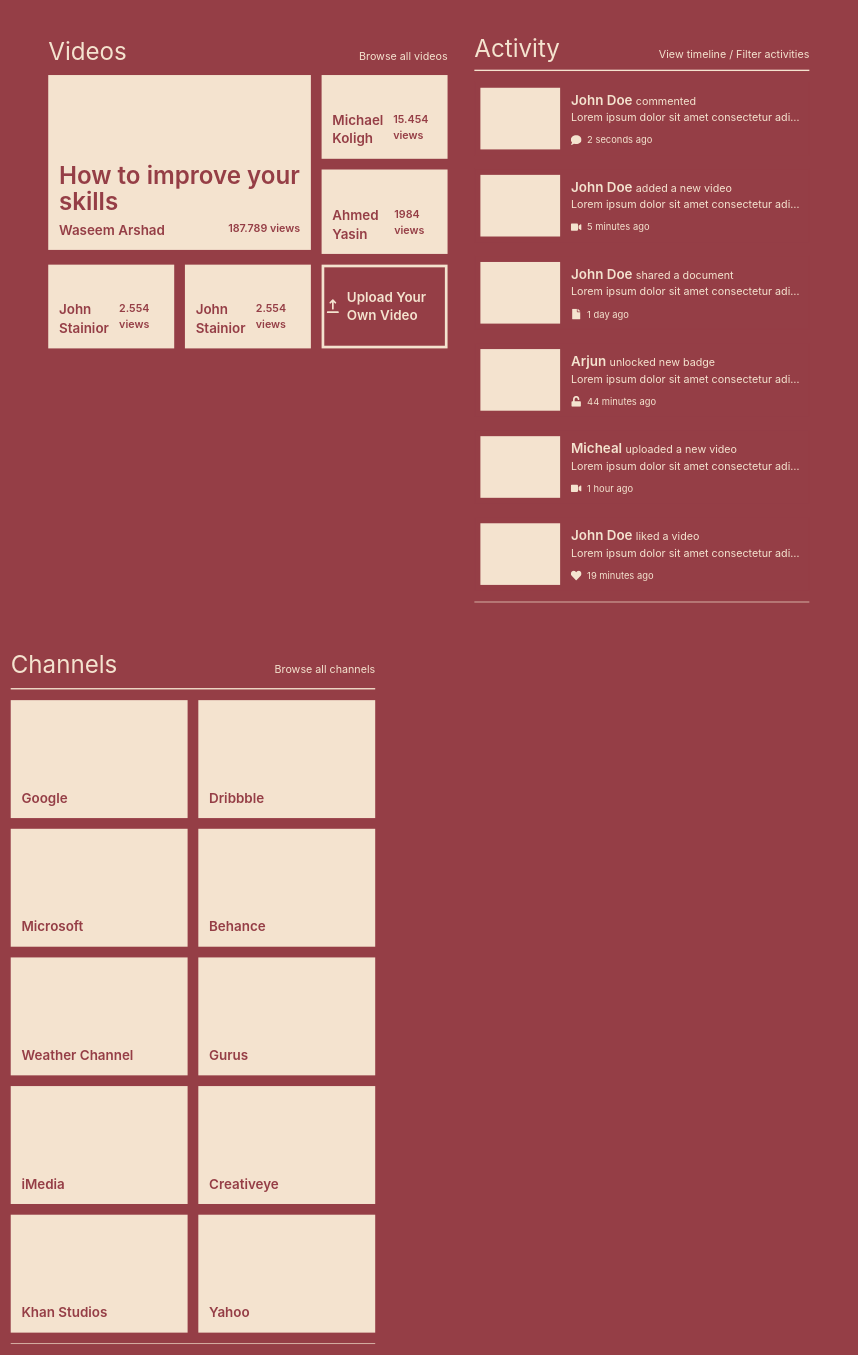
Repository: farrelmuhammad/test-salt
Page: /
An editor plug-in stored every save of this project. The page is shown before and after the next save, followed by the edit.
The browser window is 1280 px wide. The pictures show the whole page, at 67% of full size.
The project was rebuilt for these pictures with package versions that can differ from the ones it lists, and the page was loaded fresh each time. Also part of the build but not shown: src/App.css.

Above is the page before, as saved 2022-11-21 16:55:19.

After the next save:
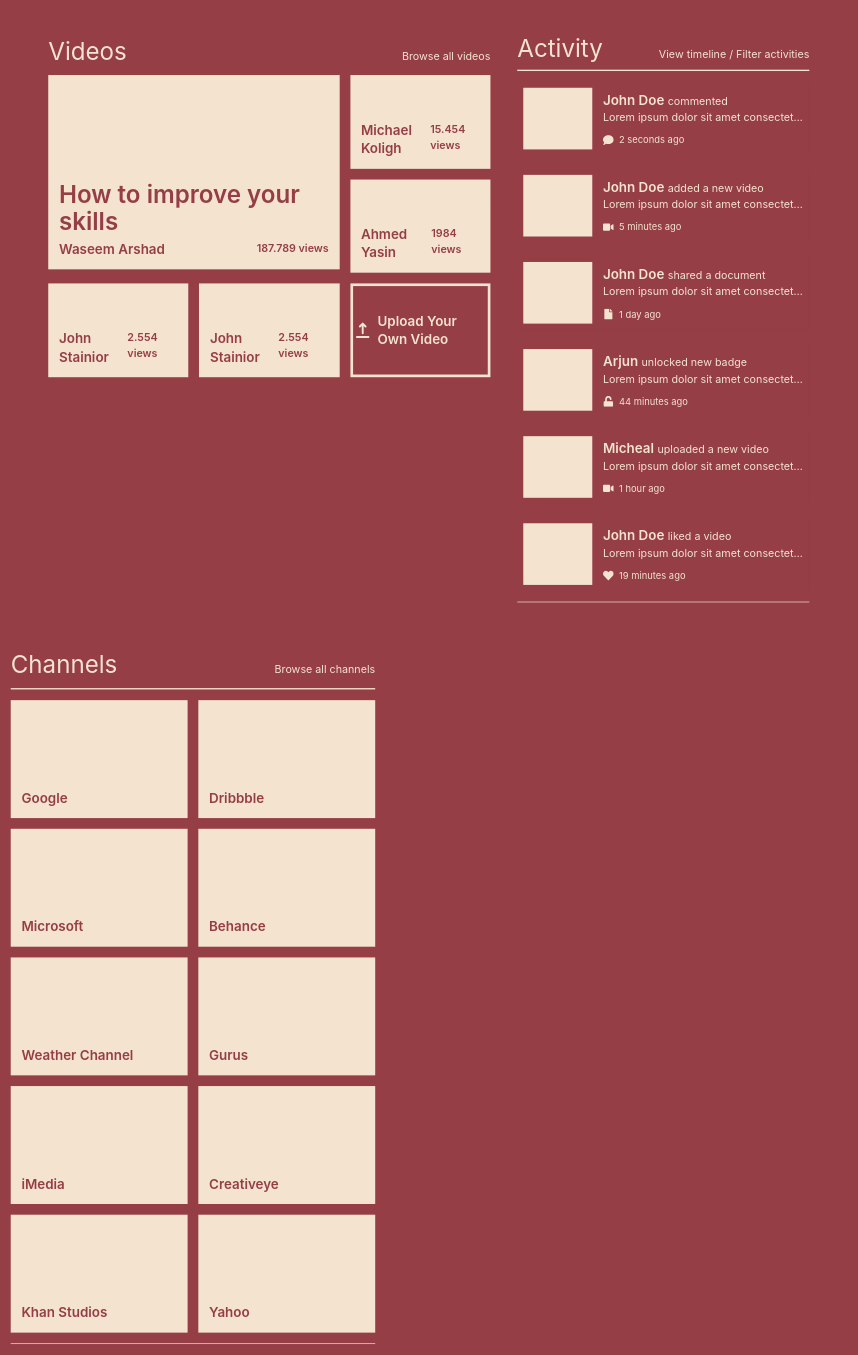
Saved 6 s later.
--- a/src/App.js
+++ b/src/App.js
@@ -9,7 +9,7 @@ function App() {
     <>
       <div className="container">
         <div class="flex grid-cols-2 gap-2 m-10">
-          <div className="flex-auto w-32">
+          <div className="flex-auto w-64">
             <Box />
           </div>
           <div className="flex-auto w-8">
